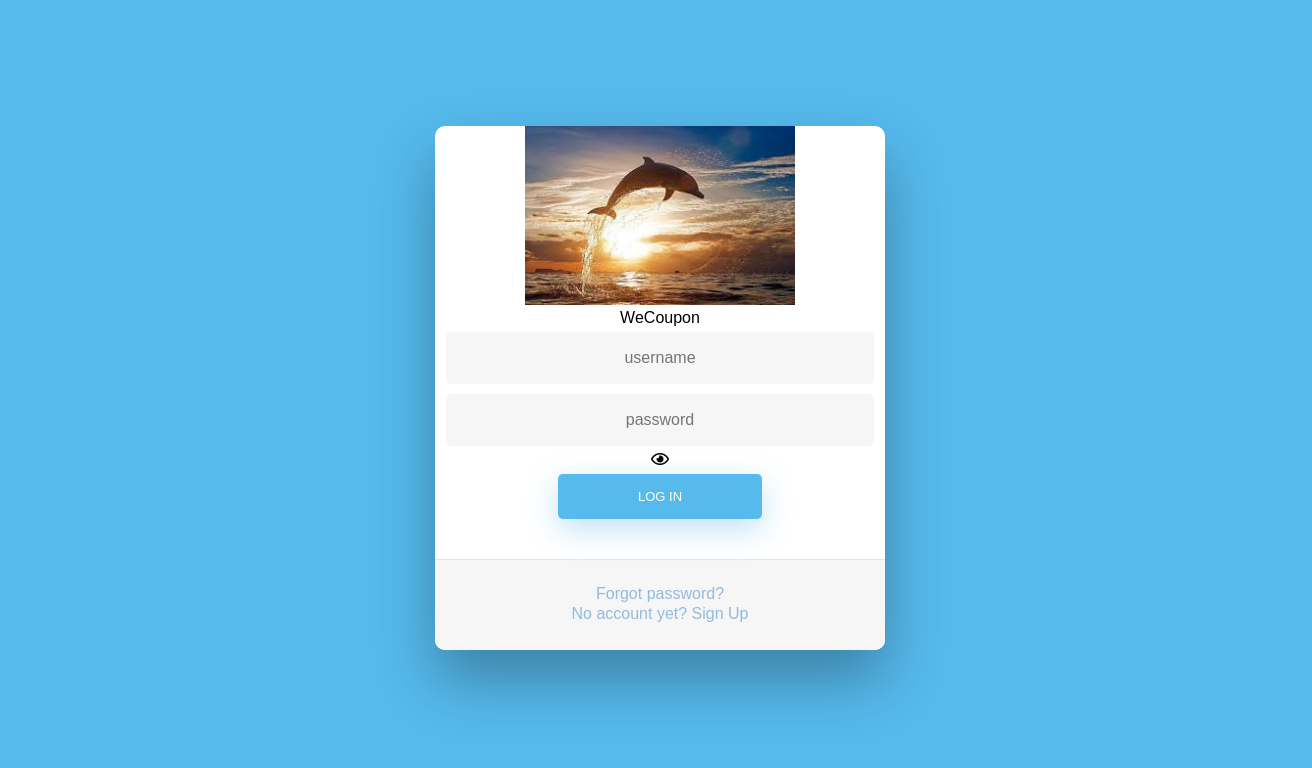
Repository: XUXiangCUHK/WeCoupon
Page: templates/login.html
The author's editor kept a copy of each file at every save. The page is drawn from the files as they stood at one save, then again after the next save.
The browser window is 1280 px wide. The page is 1312 px wide, so the pictures cover 1312 px, including what lies to the right of the window. The pictures show the whole page.
Some web libraries are served in a nearby version.

Above is the page before, as saved 2021-02-27 15:52:04.
Console error: TypeError: Cannot read properties of null (reading 'addEventListener')

After the next save:
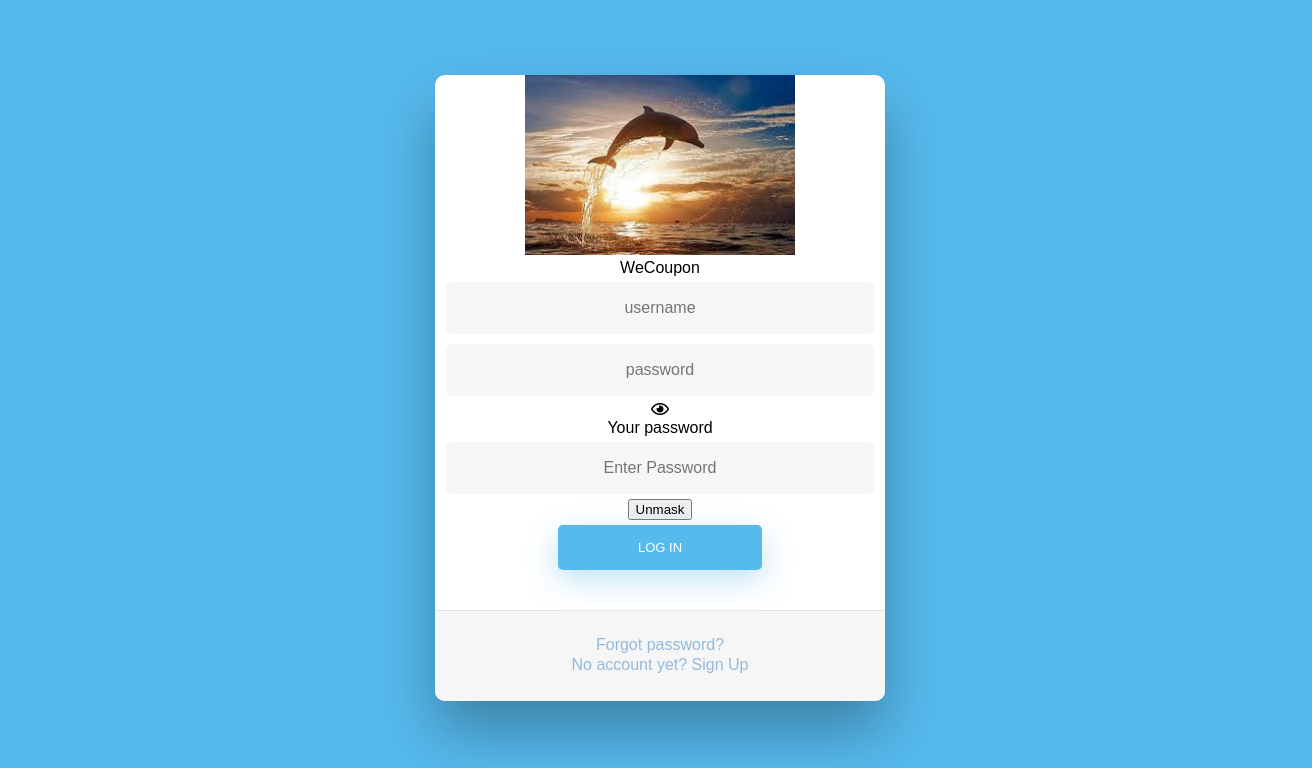
Saved 2 min 18 s later.
--- a/templates/login.html
+++ b/templates/login.html
@@ -26,9 +26,12 @@
           <!-- Login Form -->
           <form id="form_id" method="POST">
             <input type="text" id="username" class="fadeIn second" name="login" required="required" placeholder="username">
-            <div>
-              <input type="password" id="password" class="fadeIn third" name="login" required="required" placeholder="password">
-              <i class="far fa-eye" id="togglePassword"></i>
+            <input type="password" id="password" class="fadeIn third" name="login" required="required" placeholder="password">
+            <i class="far fa-eye" id="togglePassword"></i>
+            <div class="password-wrapper">
+              <label for="password">Your password</label>
+              <input type="password" value="" placeholder="Enter Password" id="password" class="password">
+              <button class="unmask" type="button" title="Mask/Unmask password to check content">Unmask</button>
             </div>
             <input type="submit" class="fadeIn fourth" value="Log In" onclick="return processloginform();">
           </form>
